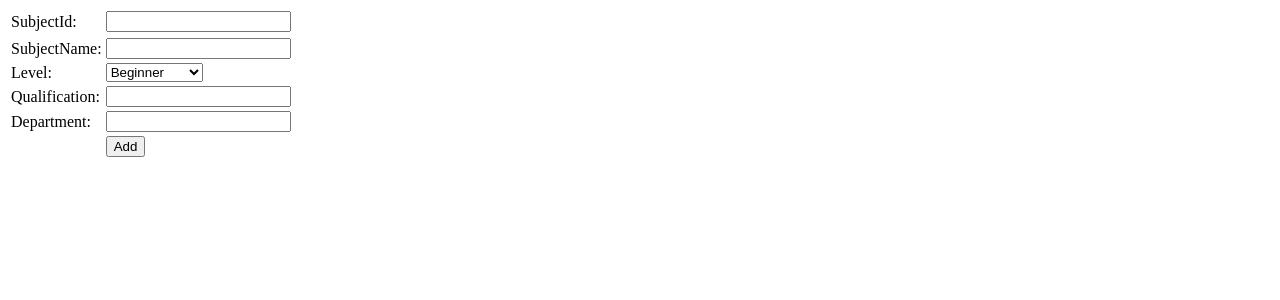
Repository: revanthkumar-paka/LearnersApp
Page: LearnersApp/src/main/webapp/MySubjects.html
These files come from the project's save history. The page is drawn as it stood at one moment and after the next save; the edit follows.
The browser window is 1280 px wide. The pictures show the whole page.

Above is the page before, as saved 2022-04-24 20:40:19.

After the next save:
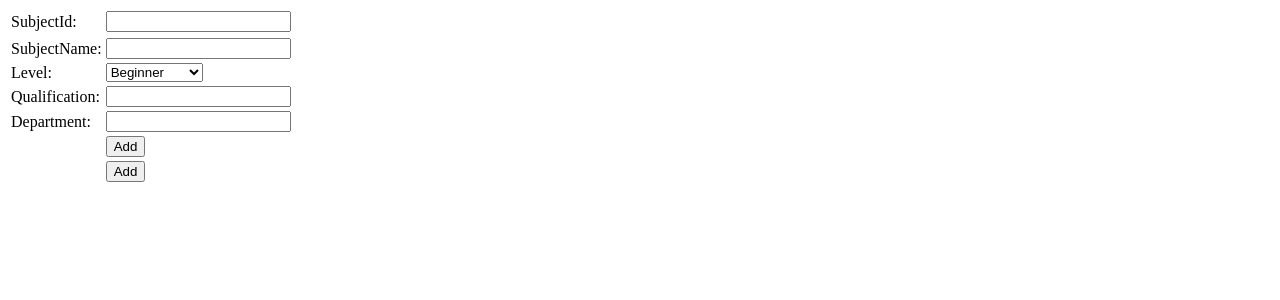
Saved 50 min 15 s later.
--- a/LearnersApp/src/main/webapp/MySubjects.html
+++ b/LearnersApp/src/main/webapp/MySubjects.html
@@ -44,6 +44,10 @@ Qualification:
 <td></td>
 <td><input type="submit" value="Add"></td>
 </tr>
+<tr>
+<td></td>
+<td action="xyz"><input type="submit" value="Add"></td>
+</tr>
 </table>
 </form>
 </body>
